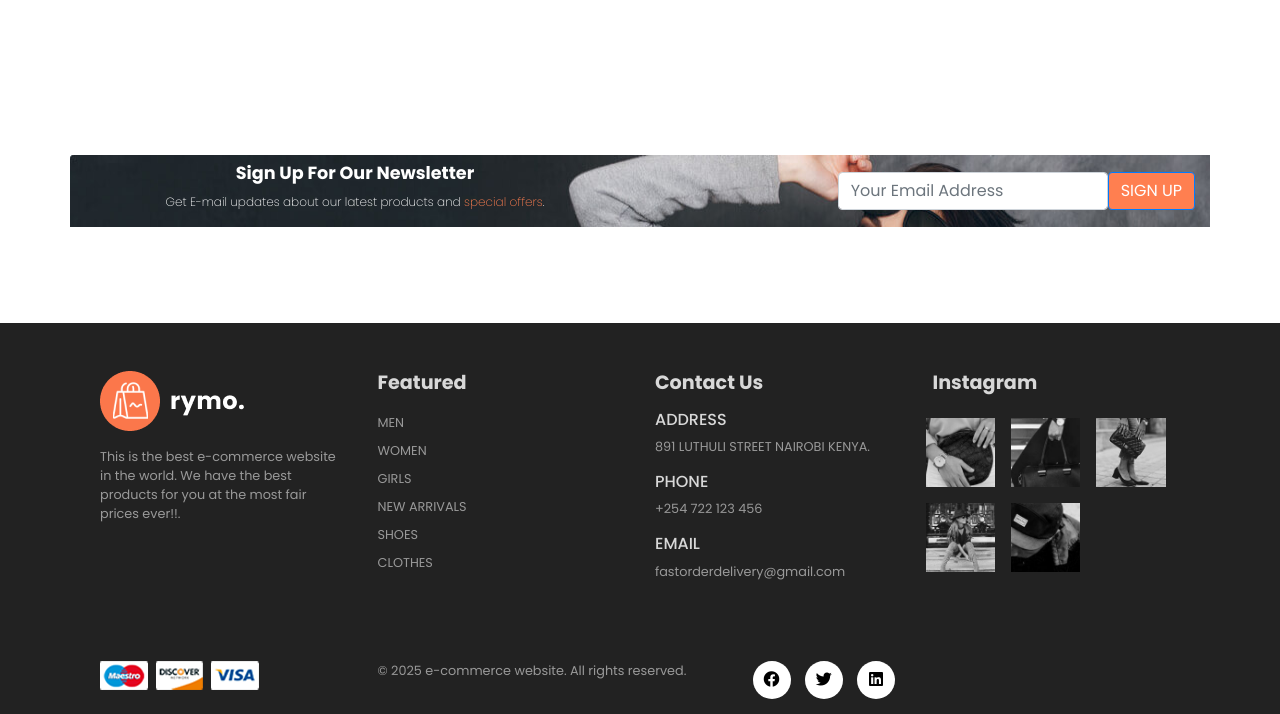
Repository: peter417waweru/e-commerce-UI
Page: contact.html
These files come from the project's save history. The page is drawn as it stood at one moment and after the next save; the edit follows.
The browser window is 1280 px wide. The pictures show the part of the page from y = 1101 to 1815 px (the page is 1815 px tall before and 1715 px after).
Pictures or frames that could not be fetched are drawn as grey boxes. Some web libraries are served in a nearby version.

Above is the page before, as saved 2025-02-09 22:39:55.
Console error: TypeError: Cannot set properties of undefined (setting 'onclick')

After the next save:
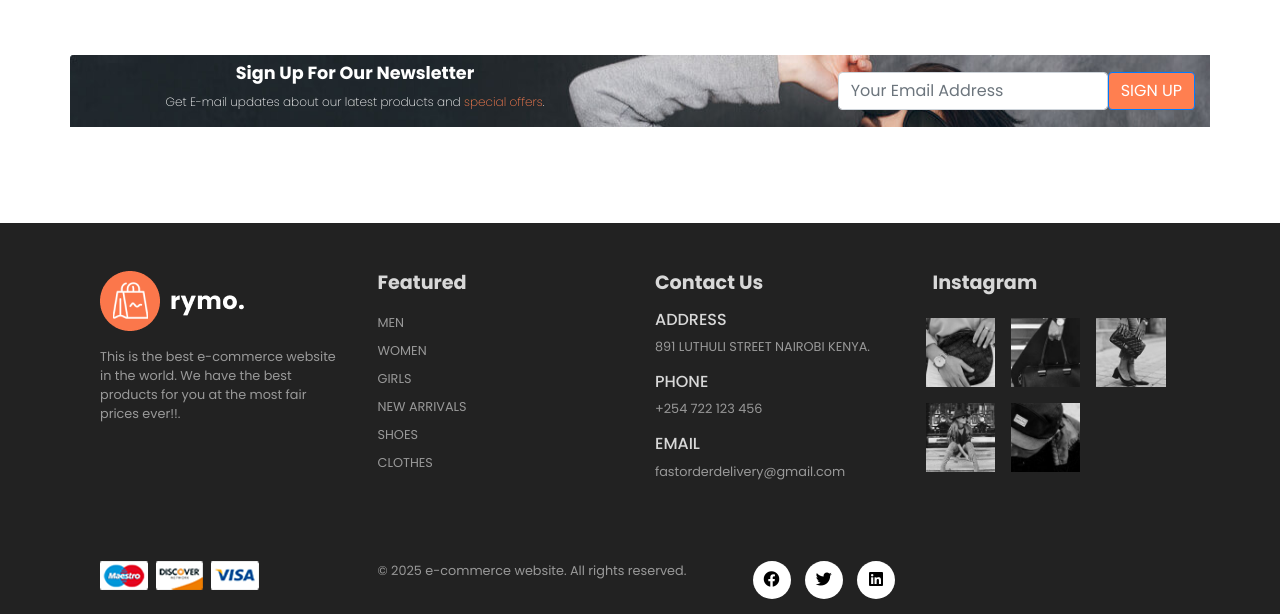
Saved 69 s later.
--- a/contact.html
+++ b/contact.html
@@ -88,7 +88,7 @@
             <div class="map">
                 <iframe src="https://www.google.com/maps/embed?pb=!1m18!1m12!1m3!1d3988.
                 8308746660095!2d36.778592273500564!3d-1.2747547356105604!2m3!1f0!2f0!3f0!3m2!1i1024!2i768!4f13.1!3m3!1m2!1s0x182f1
-                9fd9b65c0ef%3A0xbac0db1b9cbf73e!2sArchives%20Tower%2C%20Nairobi!5e0!3m2!1ssw!2ske!4v1739129931160!5m2!1ssw!2ske" width="600" height="450" style="border:0;"
+                9fd9b65c0ef%3A0xbac0db1b9cbf73e!2sArchives%20Tower%2C%20Nairobi!5e0!3m2!1ssw!2ske!4v1739129931160!5m2!1ssw!2ske" width="100%" height="350" style="border:0;"
                  allowfullscreen="" loading="lazy" referrerpolicy="no-referrer-when-downgrade">
                 </iframe>
             </div>
